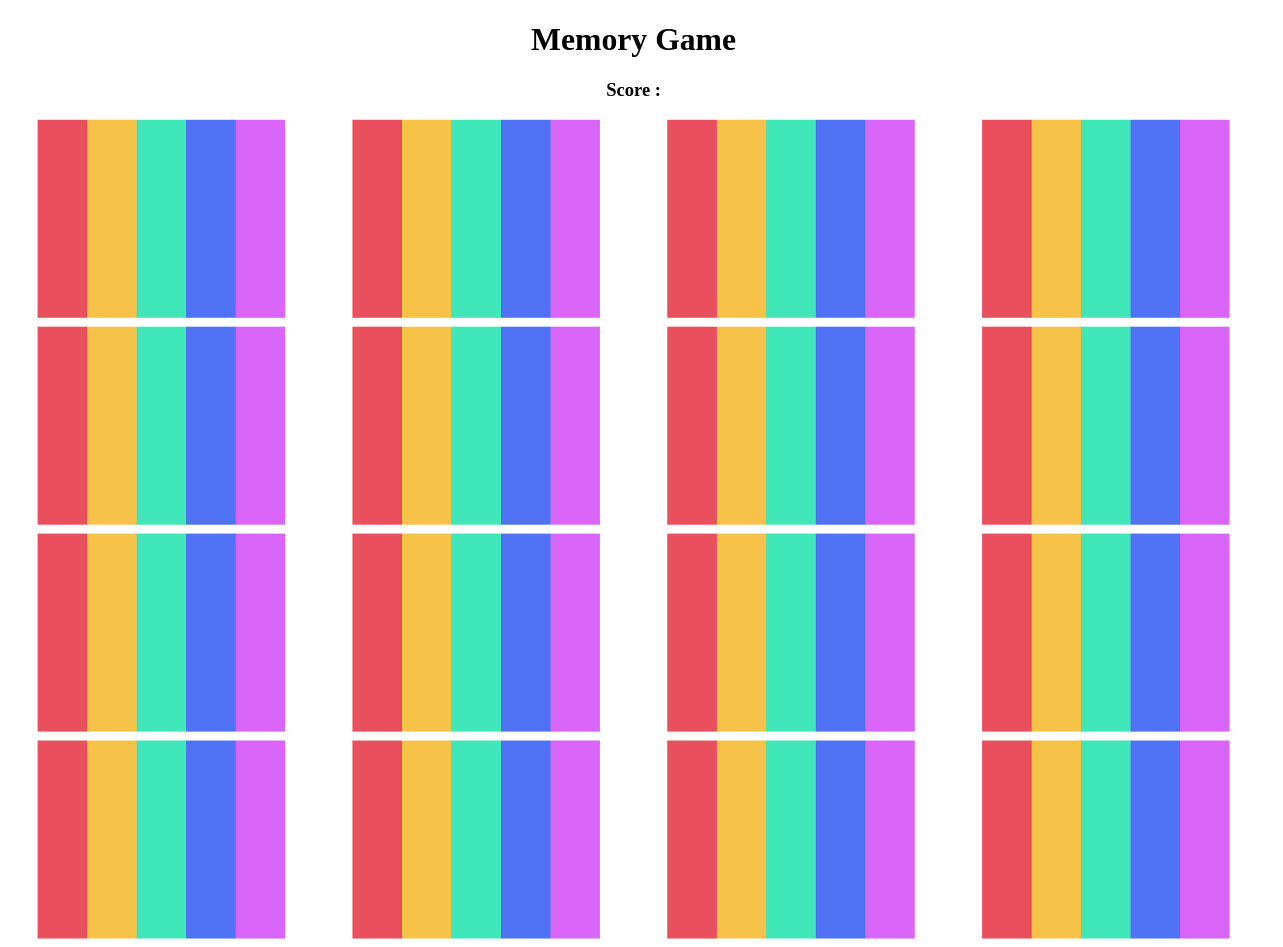
Repository: divyaravada/javascript-games
Page: memory-game/memorygame.html
The author's editor kept a copy of each file at every save. The page is drawn from the files as they stood at one save, then again after the next save.
The browser window is 1280 px wide. The page is 1280 px wide, then 1296 px, then 1280 px, so the pictures cover 1296 px, including what lies to the right of the window. The pictures show the whole page, at 99% of full size.

Above is the page before, as saved 2022-03-15 17:02:31.

### memory-game/memorygame.html
<!DOCTYPE html>
<html lang="en">
  <head>
    <meta charset="UTF-8" />
    <title>Memory Game</title>
    <link rel="stylesheet" href="./memorystyle.css" />
  </head>
  <body>
    <div>
      <h1>Memory Game</h1>
    </div>

    <div>
      <h3>Score : <span id="result"></span></h3>
    </div>

    <div id="grid"></div>

    <script src="./memory.js"></script>
  </body>
</html>

### memory-game/memorystyle.css
* {
  text-align: center;
  align-items: center;
  justify-content: center;
}
#grid {
  display: grid;
  grid-template-columns: repeat(auto-fit, minmax(250px, 1fr));
  grid-gap: 0.5rem;
  justify-items: center;
  margin: 0;
  padding: 0;
}
#grid img {
  width: 250px;
  height: 200px;
  padding: 0.5px;
}

### memory-game/memory.js
const cardArray = [
  {
    name: "redcar",
    img: "images/redcar.png",
  },
  {
    name: "whitecar",
    img: "images/whitecar.png",
  },
  {
    name: "yellowcar",
    img: "images/yellowcar.jpg",
  },
  {
    name: "purplecar",
    img: "images/purplecar.png",
  },
  {
    name: "greencar",
    img: "images/greencar.png",
  },
  {
    name: "browncar",
    img: "images/browncar.png",
  },
  {
    name: "bluecar",
    img: "images/bluecar.jpg",
  },
  {
    name: "blackcar",
    img: "images/blackcar.png",
  },
  {
    name: "redcar",
    img: "images/redcar.png",
  },
  {
    name: "whitecar",
    img: "images/whitecar.png",
  },
  {
    name: "yellowcar",
    img: "images/yellowcar.jpg",
  },
  {
    name: "purplecar",
    img: "images/purplecar.png",
  },
  {
    name: "greencar",
    img: "images/greencar.png",
  },
  {
    name: "browncar",
    img: "images/browncar.png",
  },
  {
    name: "bluecar",
    img: "images/bluecar.jpg",
  },
  {
    name: "blackcar",
    img: "images/blackcar.png",
  },
];

cardArray.sort(() => 0.5 - Math.random());

const gridDisplay = document.querySelector("#grid");
const resultDisplay = document.querySelector("#result");
let cardsChoosen = [];
let cardsChoosenIds = [];
const cardsWon = [];

function createBoard() {
  for (let i = 0; i < cardArray.length; i++) {
    const card = document.createElement("img");
    card.setAttribute("src", "images/rainbow.png");
    card.setAttribute("data-id", i);
    card.addEventListener("click", flipCard);
    gridDisplay.appendChild(card);
  }
}
createBoard();

function checkMatch() {
  const cards = document.querySelectorAll("img");
  const optionOneId = cardsChoosenIds[0];
  const optionTwoId = cardsChoosenIds[1];
  if (optionOneId == optionTwoId) {
    cards[optionOneId].setAttribute("src", "images/rainbow.png");
    cards[optionTwoId].setAttribute("src", "images/rainbow.png");
    alert("You have clicked the same image!");
  }

  if (cardsChoosen[0] == cardsChoosen[1]) {
    alert("You found a match");
    cards[optionOneId].setAttribute("src", "images/white.png");
    cards[optionTwoId].setAttribute("src", "images/white.png");
    cards[optionOneId].removeEventListener("click", flipCard);
    cards[optionTwoId].removeEventListener("click", flipCard);
    cardsWon.push(cardsChoosen);
  } else {
    cards[optionOneId].setAttribute("src", "images/rainbow.png");
    cards[optionTwoId].setAttribute("src", "images/rainbow.png");
    alert("Sorry Try again!");
  }
  resultDisplay.textContent = cardsWon.length;
  cardsChoosen = [];
  cardsChoosenIds = [];

  if (cardsWon.length == cardArray.length / 2) {
    resultDisplay.textContent = "Congratulations you found them all";
  }
}

function flipCard() {
  const cardId = this.getAttribute("data-id");
  cardsChoosen.push(cardArray[cardId].name);
  cardsChoosenIds.push(cardId);
  this.setAttribute("src", cardArray[cardId].img);
  if (cardsChoosen.length === 2) {
    setTimeout(checkMatch, 500);
  }
}

After the next save:
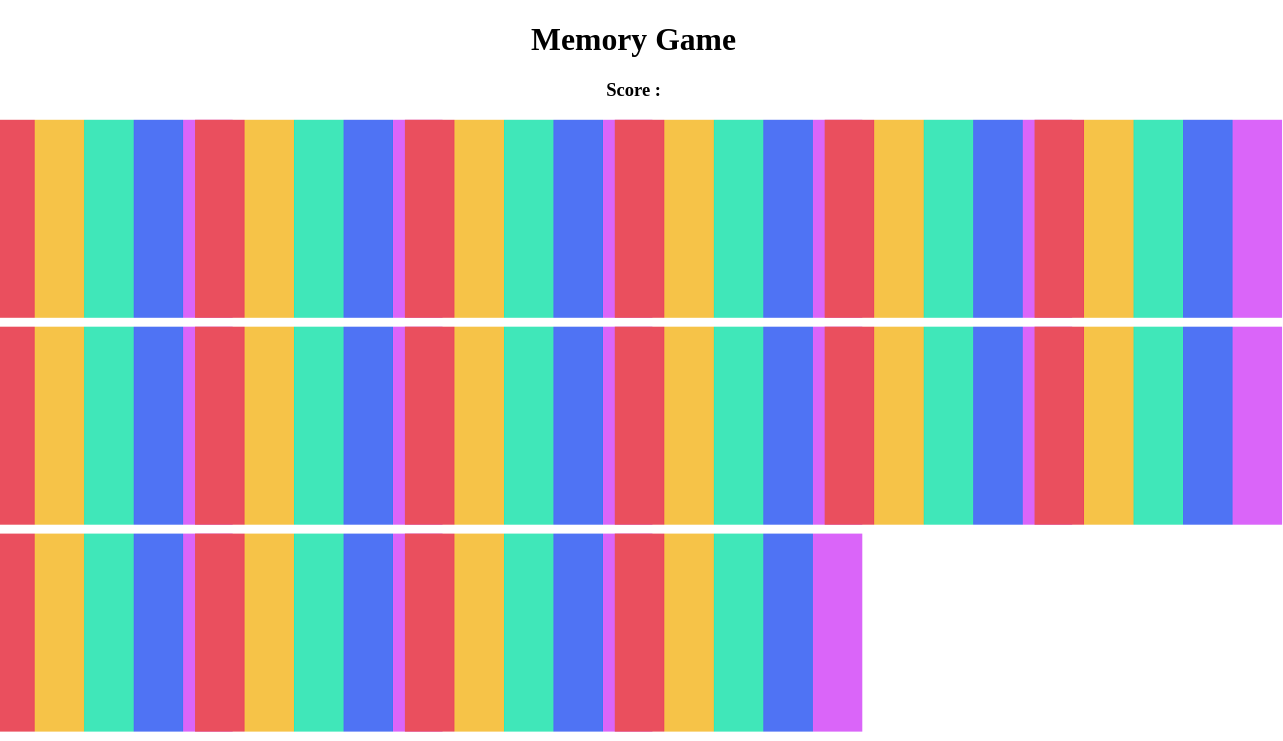
Saved 87 s later.
--- a/memory-game/memorystyle.css
+++ b/memory-game/memorystyle.css
@@ -5,7 +5,7 @@
 }
 #grid {
   display: grid;
-  grid-template-columns: repeat(auto-fit, minmax(250px, 1fr));
+  grid-template-columns: repeat(auto-fit, minmax(200px, 1fr));
   grid-gap: 0.5rem;
   justify-items: center;
   margin: 0;

After the save that followed:
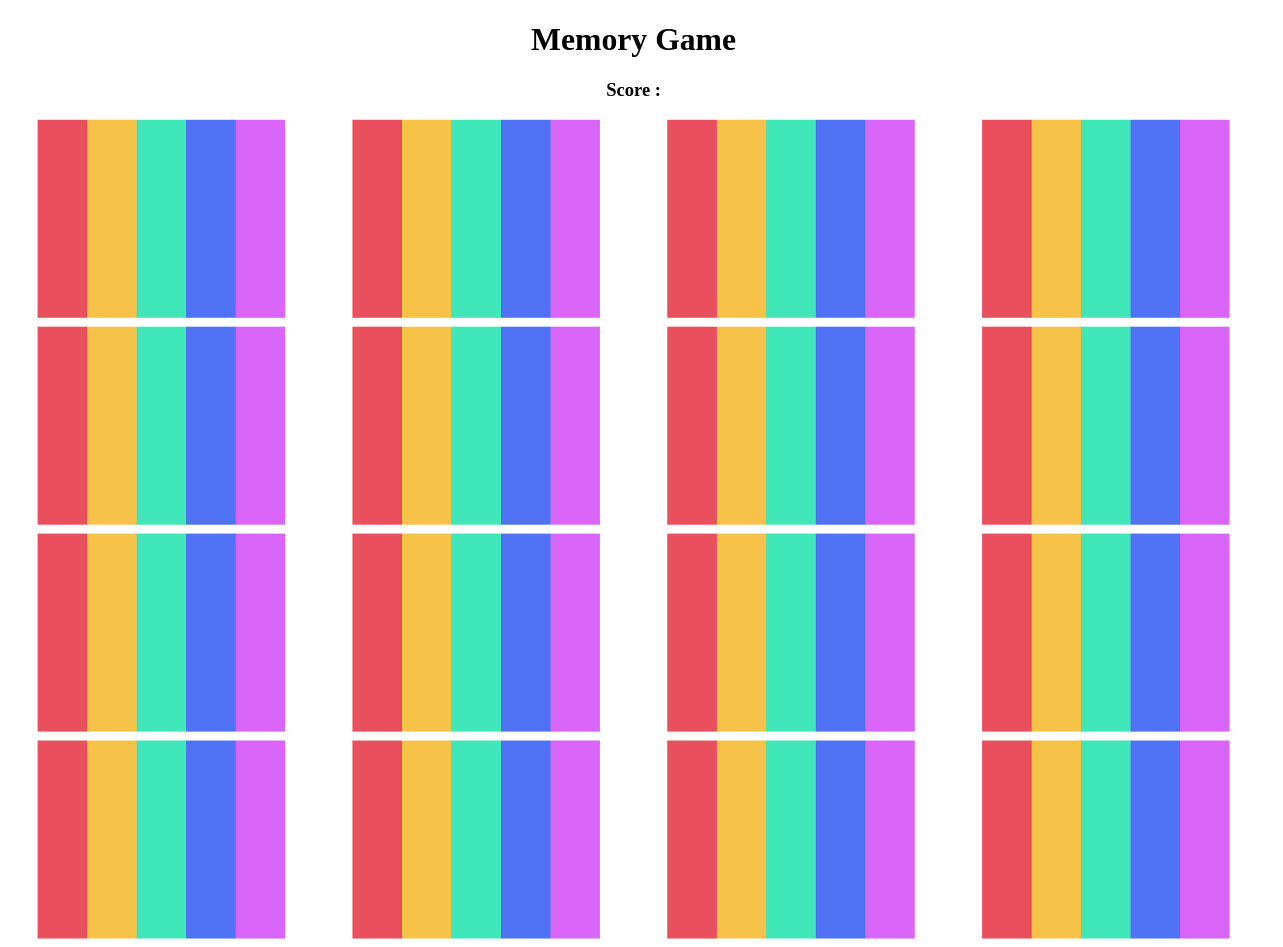
Saved 44 s later.
--- a/memory-game/memorystyle.css
+++ b/memory-game/memorystyle.css
@@ -5,7 +5,7 @@
 }
 #grid {
   display: grid;
-  grid-template-columns: repeat(auto-fit, minmax(200px, 1fr));
+  grid-template-columns: repeat(auto-fit, minmax(250px, 1fr));
   grid-gap: 0.5rem;
   justify-items: center;
   margin: 0;
